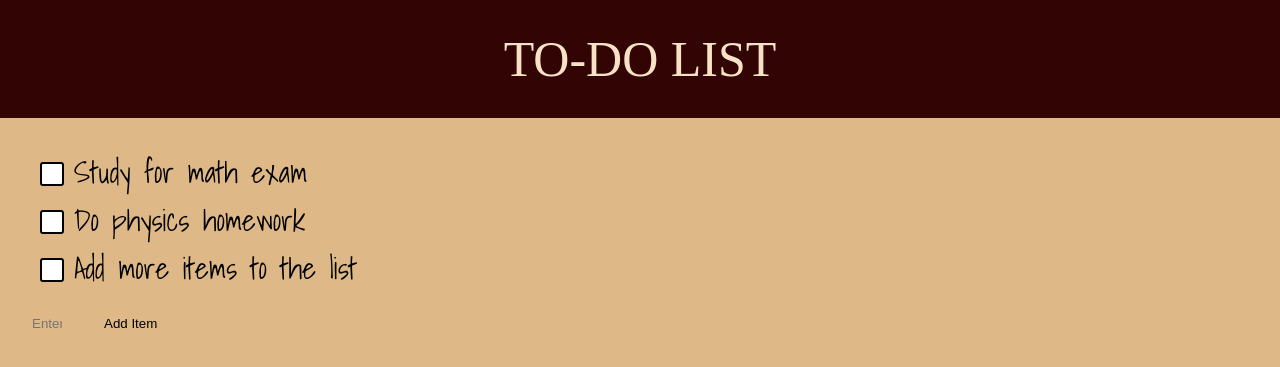
Repository: riya10483/pomodoro
Page: todo.html
The author's editor kept a copy of each file at every save. The page is drawn from the files as they stood at one save, then again after a run of saves.
The browser window is 1280 px wide. The pictures show the whole page.
Some web fonts or font styles are not loaded; a fallback is used.

Above is the page before, as saved 2024-09-28 21:59:22.
Console error: TypeError: Cannot set properties of null (setting 'innerHTML')

### todo.html
<!DOCTYPE html>
<html lang="en">
<head>
    <meta charset="UTF-8">
    <style>
        @import url('https://fonts.googleapis.com/css2?family=Rye&display=swap');
    </style>
    <style>
        @import url('https://fonts.googleapis.com/css2?family=Shadows+Into+Light&display=swap');
    </style>
    <style>
        @import url('https://fonts.googleapis.com/css2?family=Peralta&family=Rye&display=swap');
    </style>
    <meta name="viewport" content="width=device-width, initial-scale=1.0">
    <title>To Do List</title>
    <link rel="stylesheet" href="todo.css">
</head>
<body>
    <div id="header">TO-DO LIST</div>
    <ul id="checklist">
        <li><input type="checkbox" id="item1"><label for="item1">Study for math exam</label></li>
        <li><input type="checkbox" id="item2"><label for="item2">Do physics homework</label></li>
        <li><input type="checkbox" id="item3"><label for="item3">Add more items to the list</label></li>
    </ul>

    <input type="text" id="newItemText" placeholder="Enter new checklist item">
    <button onclick="addItem()">Add Item</button>

    <script src="functions.js"></script>
</body>
</html>

### todo.css
* {
    background-color:burlywood;
    border: 0px;
    margin: 0px;
}
#header {
    color:rgb(247, 226, 198);
    padding: 30px;
    background-color:rgb(50, 4, 4);
    text-align: center;
    font-family: Rye;
    font-size: 50px;
    border: 0px;
    margin: 0px 0px 30px;
}

li {
    font-size: 30px;
    font-family: "Shadows Into Light";
    list-style: none;
}

input {
    width: 30px;
    height: 30px;
    margin: 15px 30px;
}

/* Hide the default checkbox */
input[type="checkbox"] {
    display: none;
}

/* Create a custom checkbox appearance */
input[type="checkbox"] + label:before {
    content: '';
    display: inline-block;
    width: 20px;
    height: 20px;
    margin-right: 10px;
    border: 2px solid #000;
    border-radius: 3px;
    background-color: white;
    vertical-align: middle;
}

/* Change appearance when checkbox is checked */
input[type="checkbox"]:checked + label:before {
    background-color: rgb(50, 4, 4);;
    border-color: rgb(50, 4, 4);;
    content: '✓';
    color: rgb(247, 226, 198);
    text-align: center;
    font-size: 18px;
    line-height: 20px;
}

/* Strike-through on label text when checkbox is checked */
input[type="checkbox"]:checked + label {
    text-decoration: line-through;
    color: rgb(176, 141, 94);
}

### functions.js

// setInterval(function () {
//     seconds -= 1
//     let timerElement = document.getElementById("timer")
//     timerElement.innerHTML = seconds

// }, 1000);

const startTiming = 25
let time = startTiming * 60

const count = document.getElementById("timer")

setInterval(updateTimer, 1000)
function updateTimer(){
    const minutes = Math.floor(time/60)
    let seconds = time % 60

    //condition ? do this : do that
    seconds  = seconds < 10 ?  '0' + seconds : seconds
    count.innerHTML = `${minutes}:${seconds}`
    time--
}

updateTimer()

let itemCount = 3;

function addItem() {
    const itemText = document.getElementById('newItemText').value;
    if (itemText.trim() !== "") {
        itemCount++;

        // Create a new list item
        const newListItem = document.createElement('li');

        // Create a new checkbox input
        const newCheckbox = document.createElement('input');
        newCheckbox.type = 'checkbox';
        newCheckbox.id = 'item' + itemCount;

        // Create a label for the checkbox
        const newLabel = document.createElement('label');
        newLabel.setAttribute('for', newCheckbox.id);
        newLabel.textContent = itemText;

        // Append checkbox and label to the list item
        newListItem.appendChild(newCheckbox);
        newListItem.appendChild(newLabel);

        // Append the new list item to the checklist
        document.getElementById('checklist').appendChild(newListItem);

        // Clear the input field after adding the item
        document.getElementById('newItemText').value = "";
    } else {
        alert("Please enter a valid item.");
    }
}

After the next 2 saves:
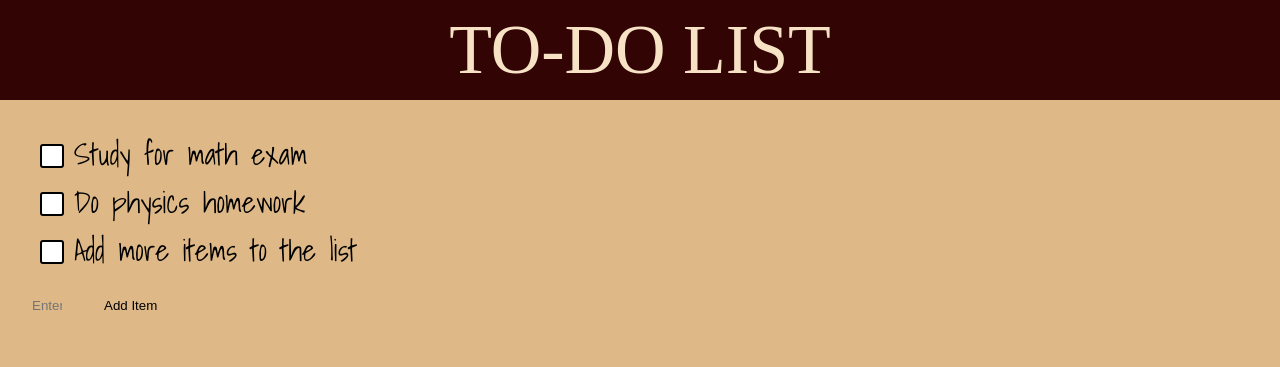
The 2 saves are shown as one change because they came seconds apart.
The last was saved 4 min 46 s later.
--- a/todo.css
+++ b/todo.css
@@ -5,11 +5,11 @@
 }
 #header {
     color:rgb(247, 226, 198);
-    padding: 30px;
+    padding: 10px;
     background-color:rgb(50, 4, 4);
     text-align: center;
     font-family: Rye;
-    font-size: 50px;
+    font-size: 70px;
     border: 0px;
     margin: 0px 0px 30px;
 }
